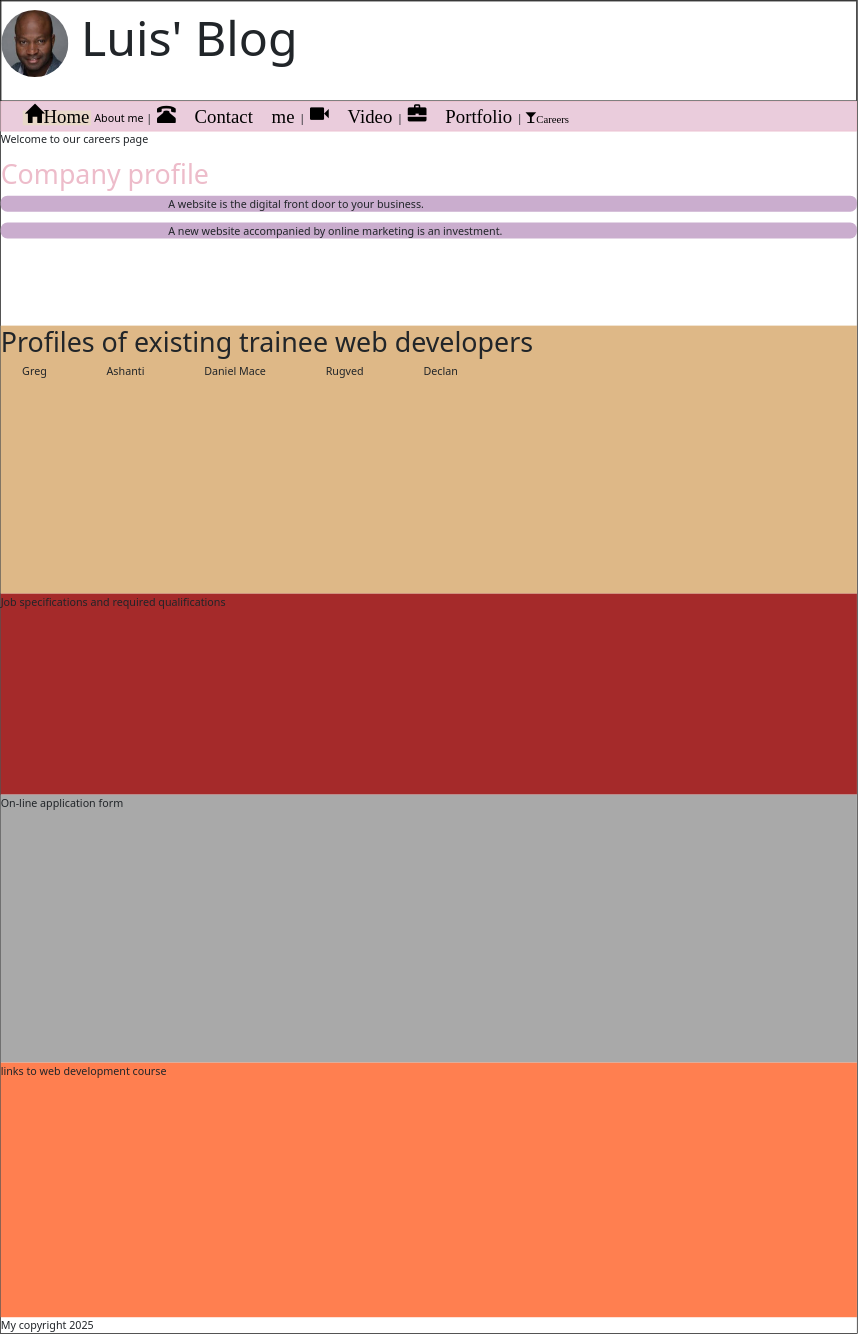
Repository: wduluis/wduluis.github.io
Page: careers.html
An editor plug-in stored every save of this project. The page is shown before and after the next save, followed by the edit.
The browser window is 1280 px wide. The pictures show the whole page, at 67% of full size.

Above is the page before, as saved 2025-05-09 12:21:12.

### careers.html
<!doctype html>
<html lang="en-GB">

<head>
<meta charset="utf-8" />
<meta name="viewport" content="width=width-device, initial-scale=1 strink-to-fit=no" />
<meta description="Website development, Web design" />
<title>Luis's Blog </title>
<link rel="stylesheet" type="text/css" href="mycss/myblog.css" />
<script type="text/javascript" src="myjsfiles/mytasks.js"/> </script>

<link rel="stylesheet" type="text/css" href="my_bootstrap/css/bootstrap.min.css" />

<link rel="stylesheet" type="text/css" href="glyphicons-only-bootstrap/css/bootstrap.min.css" />

<script type="text/javascript" src="my_bootstrap/js/bootstrap.min.js" /> </script>

<script type="text/javascript" src="my_jquery/jquery-3.7.1.min.js" /> </script>




</head>
<body>
<div id="mypage">
<div id="banner"> <img src="images/luis_photo.jpg" alt="photo of Luis Ibhiabor" width="100" height="100"/> Luis' Blog</div>
<div id="topnav">
<ul>
<li class="hm"> <a href="index.html" class="glyphicon glyphicon-home gi-2x">Home</a></li>
<li> <a href="aboutus.html"> About me </a> </li> |
<li> <a href="contacts.html" class="glyphicon glyphicon-phone-alt gi-2x"> Contact me </a> </li> |
<li> <a href="video.html" class="glyphicon glyphicon glyphicon-facetime-video gi-2x"> Video </a> </li> |
<li> <a href="portfolio.html" class="glyphicon glyphicon glyphicon-briefcase gi-2x"> Portfolio </a> </li> |
<li> <a href="careers.html" class="glyphicon glyphicon-glass g1-2x">Careers</a></li>

</ul>
</div>

<div id="contentarea">
<p> Welcome to our careers page</p>

<div class="company_profile">
    <h1>Company profile</h1>
    <p id="pp1">A website is the digital front door to your business.</p>
    <p class="pp2">A new website accompanied by online marketing is an investment.</p>


</div>

<div class="current_trainees"><h1>Profiles of existing trainee web developers</h1>
<ul>
    <li class="name">Greg</li>
    <li class="name">Ashanti</li>
    <li class="name">Daniel Mace</li>
    <li class="name">Rugved</li>
    <li class="name">Declan</li>
</ul>


</div>

<div class="job_spec"><p>Job specifications and required qualifications</p></div>
<div class="application_form"><p>On-line application form</p></div>

<div class="our_courses"><p>links to web development course</p></div>

 </div>

<div id="pagefooter"> My copyright 2025 </div>

</div>
</body>
</html>

### mycss/myblog.css

body {
background-color: #fff;
font-family: Arial, Helvetica, sans-serif;
}

#mypage {
border: 1px solid #000;
/* width: 1400px; */
width: 100%;
}

#banner {
height: 150px;
border: 1px solid #000;
}

#topnav {
height: 45px;
border: 1px solid #edbcca;
}

/*Improving it starts here*/
#topnav {
background-color: #eaccdc;

}

.gi-2x{font-size: 28px; padding: 3px;}
.gi-3x{font-size: 3em;}
.gi-4x{font-size: 4em;}
.gi-5x{font-size: 5em;}


#banner img {
border-radius: 50%;

/*height: 100px; width: 100px; background-color: #ff5733; margin: auto;*/
}

/*Improving it ends here*/


#topnav ul li{
text-decoration: none;
display: inline;
}

#topnav a:link {
text-decoration: none;
color: #000;
}

#topnav a:visited {
color: #caadce;
}

#topnav a:hover {
background-color: #000;
}

#contentarea {
height: auto;
/* height: 700px; */

}


#banner {
font-size: 450%;

}

.hm {
height: 25px;
background-color: #e8d8c8;
}




/*
#topnav ul li {
text-decoration: none;
display: inline;

}

https://developers.google.com/fonts/docs/getting_started

#mypage {


border: 1px solid #000;
}

*/

.company_profile {
    width: 100%;
    height: 250px;
    /* background-color: #c8def2; */
    /* border-radius: 8px;
    margin: 10px; */
}

.current_trainees {
    width: 100%;
    height: 400px;
    background-color:burlywood;
}

.job_spec {
    width: 100%;
    height: 300px;
    background-color:brown;
}

.application_form {
    width: 100%;
    height: 400px;
    background-color:darkgray;
}

.our_courses {
    width: 100%;
    height: 380px;
    background-color: coral;
}

.current_trainees ul li{
    display: inline;
    margin-right: 85px;
}

.company_profile h1 {
    color: #edbcca;
}

.company_profile p {
     padding-left: 250px;
     border-radius: 10px;
     background-color: #caadce;
}

.company_profile pp2 {
    color: #fff;
    padding-left: none !important;
}

### myjsfiles/mytasks.js
/*
document.write("Hello World!");
window.alert("Welcome to my blog!");
*/

Loaded but not shown: my_bootstrap/css/bootstrap.min.css (library); glyphicons-only-bootstrap/css/bootstrap.min.css (library); my_bootstrap/js/bootstrap.min.js (library); my_jquery/jquery-3.7.1.min.js (library)

After the next save:
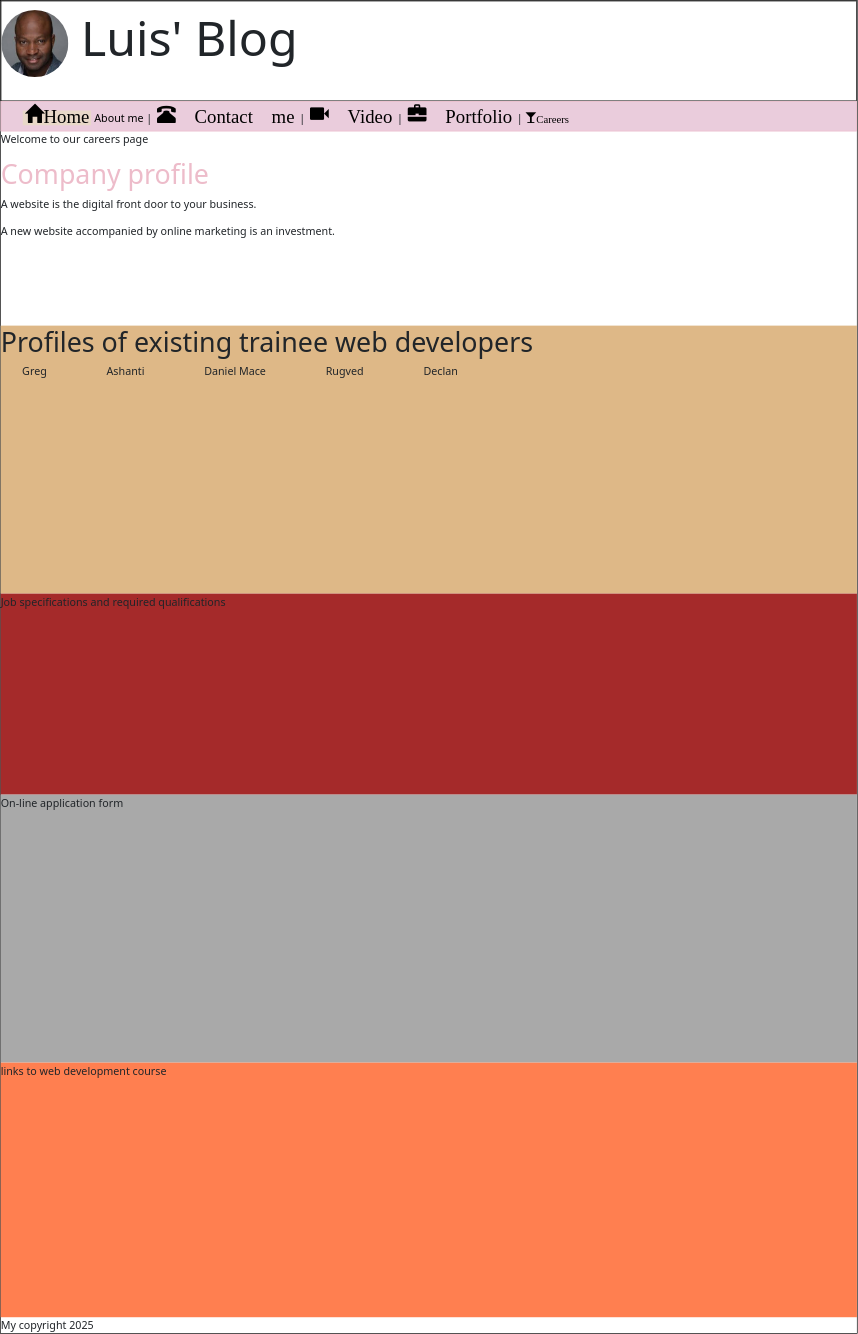
Saved 10 s later.
--- a/mycss/myblog.css
+++ b/mycss/myblog.css
@@ -137,7 +137,7 @@ border: 1px solid #000;
     color: #edbcca;
 }
 
-.company_profile p {
+.company_profile pp1 {
      padding-left: 250px;
      border-radius: 10px;
      background-color: #caadce;
